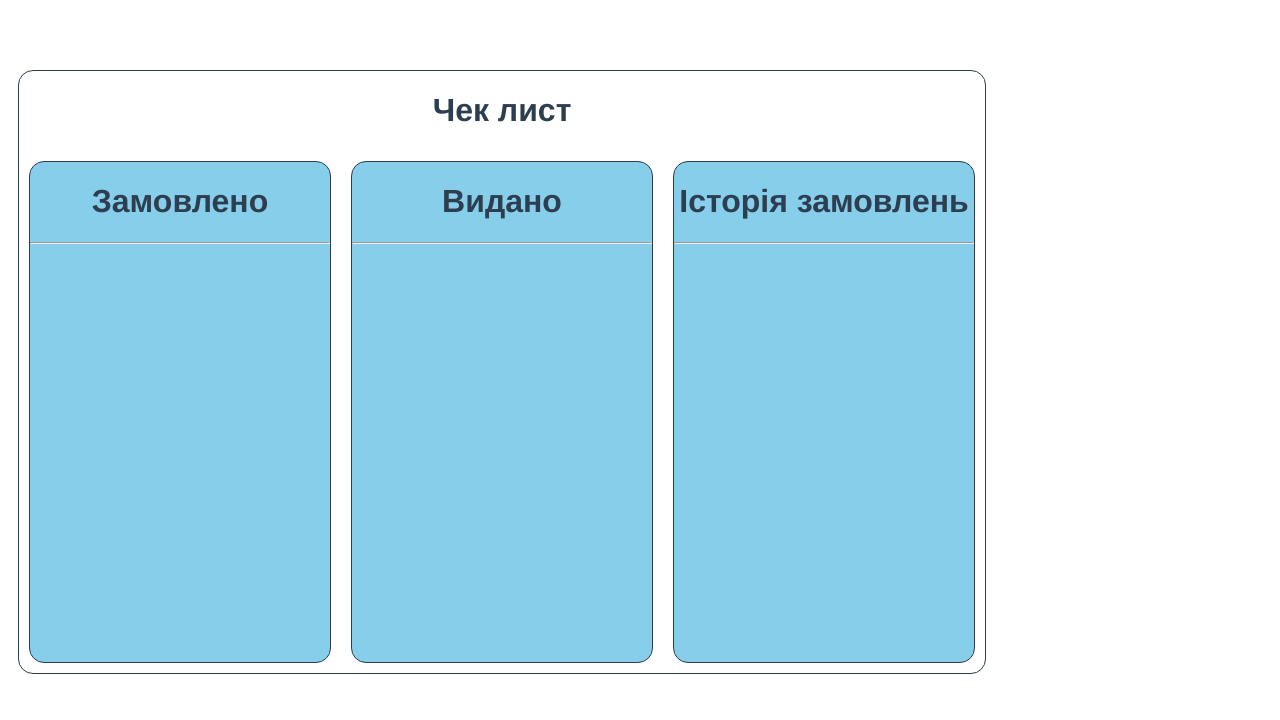
Repository: Salexandraa/HOME_Subotina
Page: / (app in order-list/)
The author's editor kept a copy of each file at every save. The page is drawn from the files as they stood at one save, then again after the next save.
The browser window is 1280 px wide. The pictures show the whole page.
The project was rebuilt for these pictures with package versions that can differ from the ones it lists, and the page was loaded fresh each time.

Above is the page before, as saved 2020-10-09 17:13:03.

After the next save:
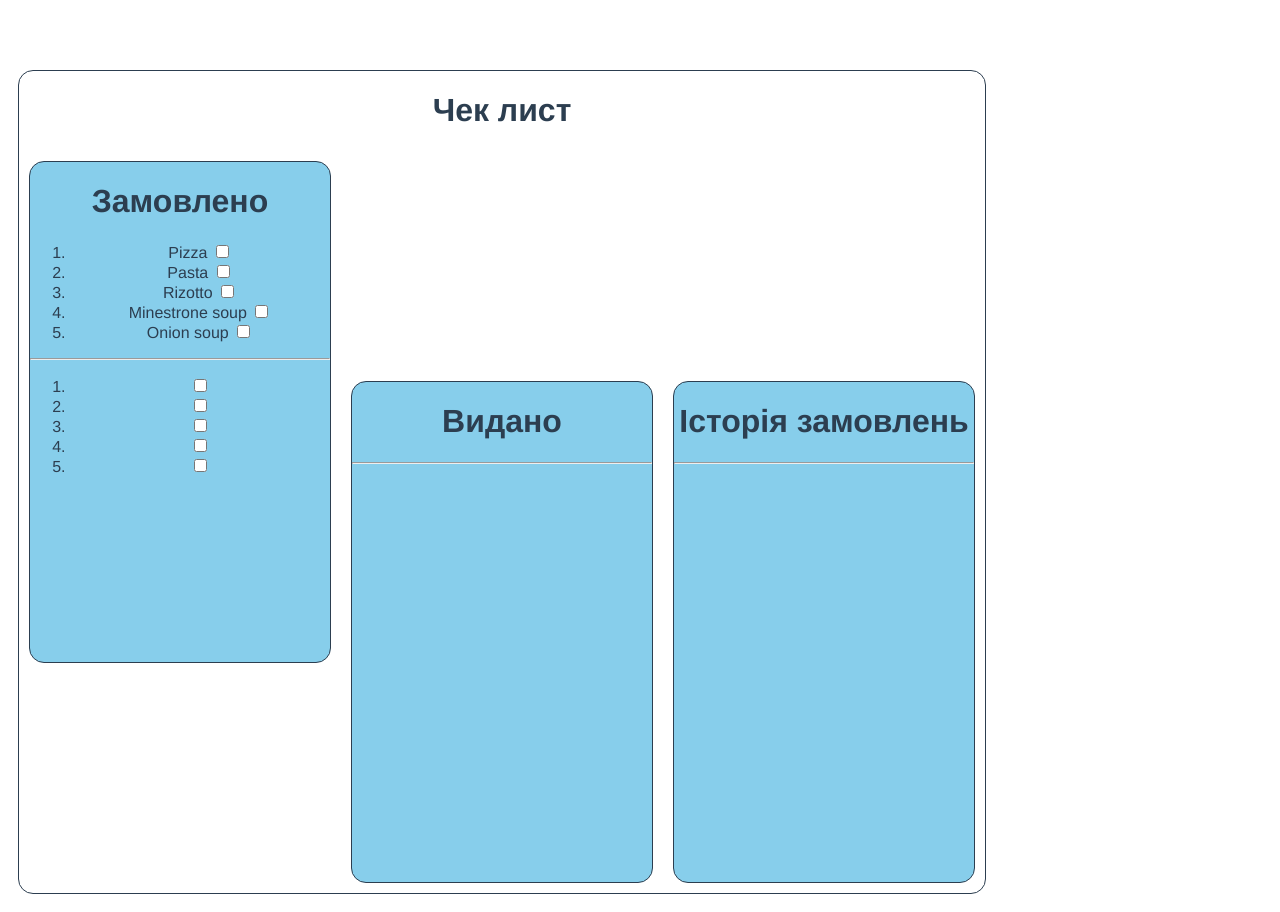
Saved 35 s later.
--- a/order-list/src/components/CheckList/index.vue
+++ b/order-list/src/components/CheckList/index.vue
@@ -32,11 +32,12 @@ export default {
       type: String,
       default: "",
     },
+    },
     data() {
         return {
             dishesList
         }
-    },
+
   },
 };
 </script>
